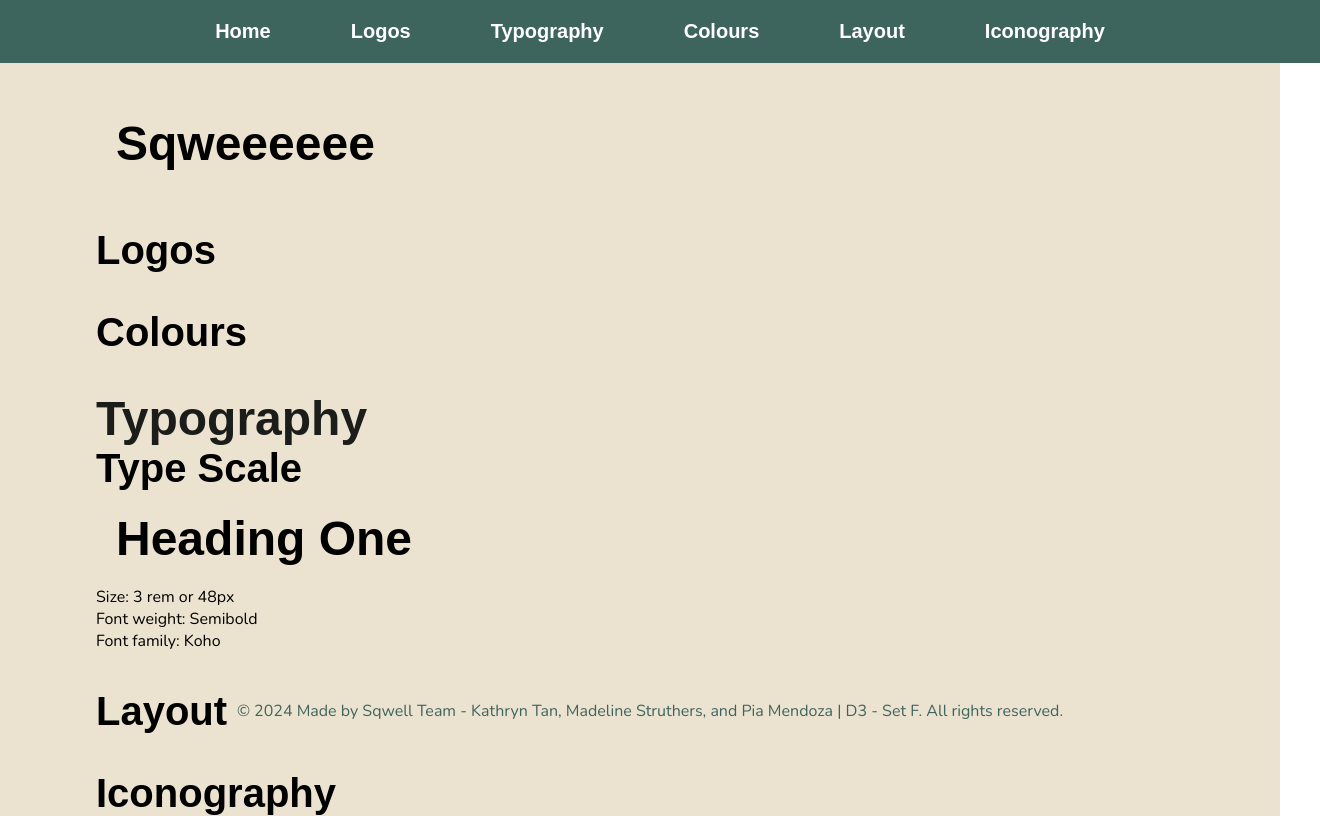
Repository: lpcmendoza/sqwell_styleguide
Page: /
These files come from the project's save history. The page is drawn as it stood at one moment and after the next save; the edit follows.
The browser window is 1280 px wide. The page is 1320 px wide, so the pictures cover 1320 px, including what lies to the right of the window. The pictures show the whole page.
Some web fonts or font styles are not loaded; a fallback is used. The project was rebuilt for these pictures with package versions that can differ from the ones it lists, and the page was loaded fresh each time. The framework's server and built-in components were replaced by stand-ins that run in the browser. Also part of the build but not shown: next.config.mjs.

Above is the page before, as saved 2024-04-07 17:52:05.

### pages/_app.js
import '@/styles/globals.css';
import { KoHo, Nunito } from 'next/font/google';

export const koho = KoHo({
  subsets: ['latin'],
  weight: ['400', '500', '600', '700'],
  variable: '--font-koho',
});

export const nunito = Nunito({
  subsets: ['latin'],
  weight: ['400', '700'],
  variable: '--font-nunito',
});

export default function App({ Component, pageProps }) {
  return (
    <main className={`${koho.variable} ${nunito.variable}`}>
    <Component {...pageProps} />
    </main>
  )


}

### pages/index.js
import Head from "next/head";
import Image from "next/image";
import styles from "@/styles/Home.module.css";
import MenuBar from "@/components/MenuBar";
import Footer from "@/components/Footer";
import Typography from "@/components/Typography"


export default function Home() {
  return (
    <>
    <MenuBar/>
      <main className={`${styles.main}`}>
      <h1>Sqweeeeee</h1>

      <h2>Logos</h2>
      <h2>Colours</h2>
      <Typography/>
      <h2>Layout</h2>
      <h2>Iconography</h2>
      </main>


      <Footer/>
    </>
  );
}

### styles/globals.css
:root {
    --blue: #74B4C6;
    --orange: #F7802B;
    --black: #1A1D1A;
    --darkGreen: #3E655D;
    --bone: #ECE2D0;

    --font-h1: 3rem; /*48px*/
    --font-h2: 2.5rem; /*40px*/
    --font-h3: 2rem; /*32px*/
    --font-h4: 1.5rem; /*24px*/
    --font-body: 1rem; /*16px*/
    --font-button: 1rem; /*16px*/
    --font-link: 1rem; /*16px*/
  }

  /*For all HTML elements*/
  *, html {
      margin: 0;
      padding: 0;
      font-size: 16px;
      font-family: var(--font-nunito);
  }

  h1 {
    font-family: var(--font-koho);
    font-size: 3rem;
    padding: 20px;
  }

  h2 {
    font-family: var(--font-koho);
    font-size: 2.5rem;
  }

  h3 {
    font-family: var(--font-koho);
    font-size: 2rem;
  }

  h4 {
    font-family: var(--font-koho);
    font-size: 1.5rem;
  }

  h5 {
    font-family: var(--font-koho);
    font-size: 1.25rem;
  }

  p {
    font-family: var(--font-nunito);
    font-size: 16px;
  }

### styles/Home.module.css
.main {
  display: flex;
  flex-direction: column;
  justify-content: space-between;
  padding-top: 6rem;
  padding-right: 6rem;
  padding-left: 6rem;
  padding-bottom: 0;
  min-height: 100vh;
  background-color: var(--bone);

}

### components/MenuBar/index.js
import styles from './MenuBar.module.css'

export default function MenuBar() {
    return (
        <div className={styles.menubarContainer}>
            <div className={styles.blurbg}>
                <ul className={styles.menunames}>
                    <li>
                        <h5>Home</h5>
                    </li>
                    <li>
                        <h5>Logos</h5>
                    </li>
                    <li>
                        <h5>Typography</h5>
                    </li>
                    <li>
                        <h5>Colours</h5>
                    </li>
                    <li>
                        <h5>Layout</h5>
                    </li>
                    <li>
                        <h5>Iconography</h5>
                    </li>
                </ul>
            </div>

        </div>
    )
}

### components/Footer/index.js
import styles from './Footer.module.css'

export default function Footer() {
    return(
        <>
        <footer className={styles.footer}>
            <div className={styles.footerContainer}>
                © 2024 Made by Sqwell Team - Kathryn Tan, Madeline Struthers, and Pia Mendoza  |  D3 - Set F. All rights reserved.
            </div>
        </footer>
        </>
    )
}

### components/Typography/index.js
import styles from './Typography.module.css';

export default function Typography() {
    return (
        <main>
        <h2 className={styles.sectionHead}>Typography</h2>
            <h3 className={styles.typscale}>Type Scale</h3>
            <ul className={styles.typescaleDetails}>
                <li>
                <h1>Heading One</h1>
                <p>Size: 3 rem or 48px</p>
                <p>Font weight: Semibold</p>
                <p>Font family: Koho</p>
                </li>

            </ul>
        </main>
    )
}

### components/MenuBar/MenuBar.module.css
.menubarContainer{
    display: flex;
    flex-direction: row;
    justify-content: space-evenly;
    width: 100%;
    background-color: var(--darkGreen);
    padding: 20px;
    position: absolute;
    z-index: 10;
}

.menunames {
    list-style: none;
    display: flex;
    flex-direction: row;
    align-items: center;
    justify-content: space-evenly;
    gap: 5rem;
}

.menunames h5 {
    color: white;
}

### components/Footer/Footer.module.css
.footer{
    bottom: 0;
    position: absolute;
    width: 100%;
}

.footerContainer {
    height: 10px;
    margin: auto;
    width: 100%;
    text-align: center;
    padding: 10px;
    color: var(--darkGreen);
    margin-bottom: 0;
}

### components/Typography/Typography.module.css
.sectionHead {
    font-family: var(--font-koho);
    font-size: 3rem;
    color: var(--black);
}

.typscale {
    font-family: var(--font-koho);
    font-size: 2.5rem;
}

.typescaleDetails {
    list-style: none;
}

Loaded but not shown: pages/_document.js (common file)

After the next save:
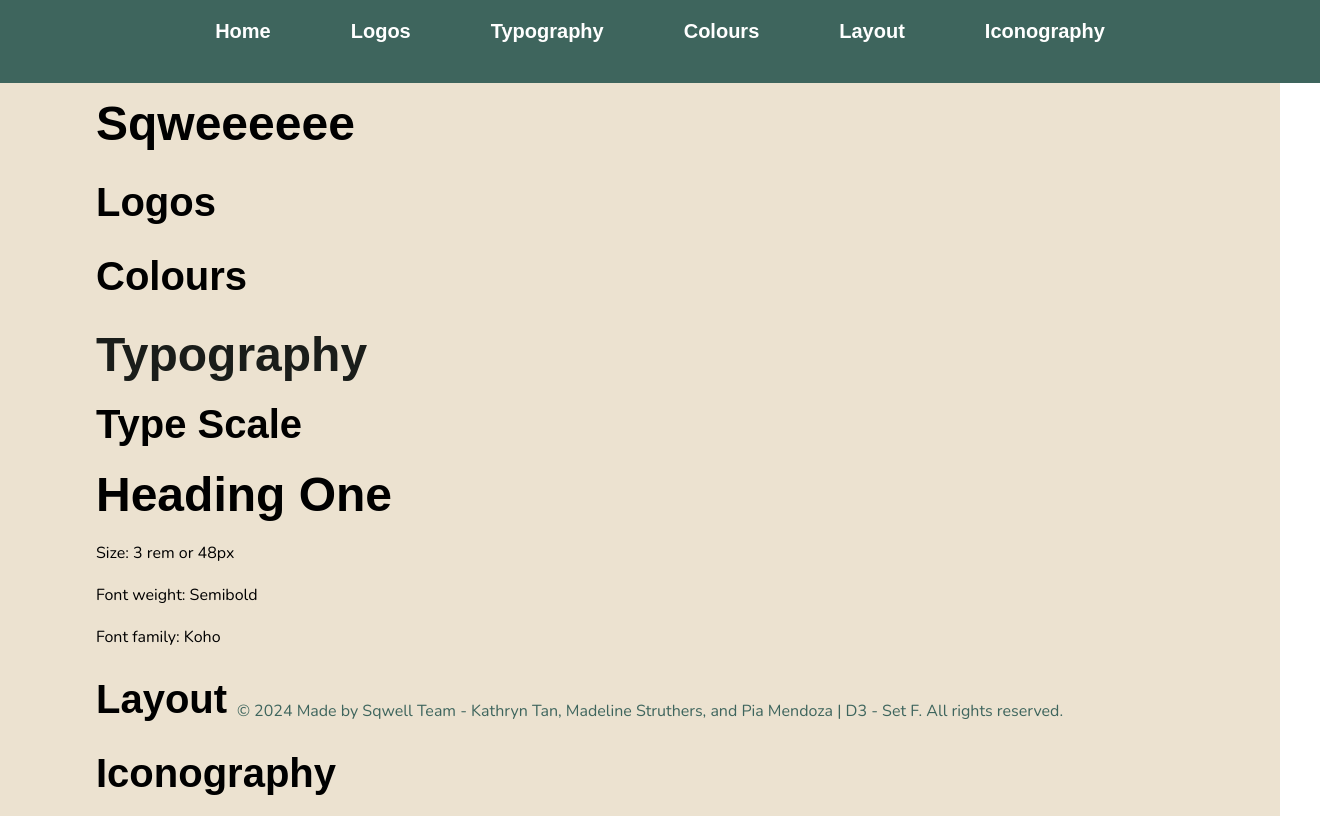
Saved 33 s later.
--- a/styles/globals.css
+++ b/styles/globals.css
@@ -25,30 +25,35 @@
   h1 {
     font-family: var(--font-koho);
     font-size: 3rem;
-    padding: 20px;
+    padding-bottom: 20px;
   }
 
   h2 {
     font-family: var(--font-koho);
     font-size: 2.5rem;
+    padding-bottom: 20px;
   }
 
   h3 {
     font-family: var(--font-koho);
     font-size: 2rem;
+    padding-bottom: 20px;
   }
 
   h4 {
     font-family: var(--font-koho);
     font-size: 1.5rem;
+    padding-bottom: 20px;
   }
 
   h5 {
     font-family: var(--font-koho);
     font-size: 1.25rem;
+    padding-bottom: 20px;
   }
 
   p {
     font-family: var(--font-nunito);
     font-size: 16px;
+    padding-bottom: 20px;
   }
